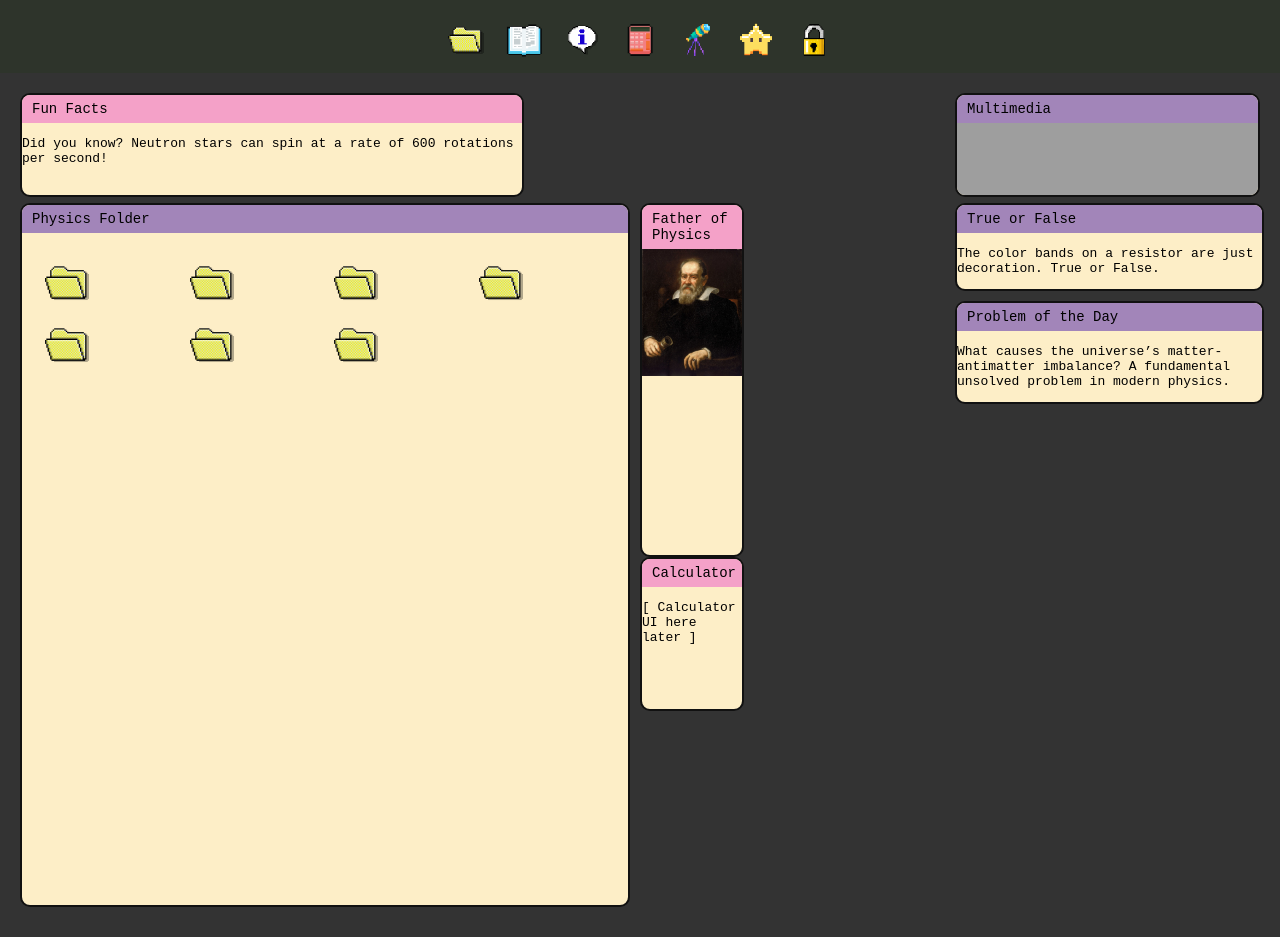
Repository: scarfer14/CCPHYS2L_Project
Page: /dashboard
The author's editor kept a copy of each file at every save. The page is drawn from the files as they stood at one save, then again after the next save.
The browser window is 1280 px wide. The pictures show the whole page.
Pictures or frames that could not be fetched are drawn as grey boxes. The project was rebuilt for these pictures with package versions that can differ from the ones it lists, and the page was loaded fresh each time. Also part of the build but not shown: vite.config.js, src/astartsc/start.jsx, src/lessons/folder1.css, src/lessons/folder1.jsx, src/lessons/book.css, src/lessons/book.jsx, src/lessons/email.css, src/lessons/email.jsx and 2 more.

Above is the page before, as saved 2025-05-29 15:32:15.

### index.html
<!doctype html>
<html lang="en">
  <head>
    <meta charset="UTF-8" />
    <link rel="icon" type="image/svg+xml" href="/gal.png" />
    <meta name="viewport" content="width=device-width, initial-scale=1.0" />
    <title>Physics Blast</title>
  </head>
  <link href="https://fonts.googleapis.com/css2?family=Orbitron:wght@500&family=Press+Start+2P&display=swap" rel="stylesheet">
  <body>
    <div id="root"></div>
    <script type="module" src="/src/main.jsx"></script>
  </body>
</html>

### src/index.css
:root {
  font-family: 'Press Start 2P', monospace;
  background-color: #2e342b;
  margin: 0;
  padding: 0;
  box-sizing: border-box;
}

body, html {
  margin: 0;
  padding: 0;
  width: 100%;
  height: 100%;
}

### src/App.jsx
import React from 'react';
import { BrowserRouter as Router, Routes, Route } from 'react-router-dom';

import Start from './astartsc/start';
import Dash from './bdashsc/dashnavbar';
import Dashbody from './bdashsc/dashbody';

import Folder1 from './lessons/folder1';
import Book from './lessons/book';


function Unlock() {
  return (
    <div>
      <Start />
    </div>
  );
}

function Dashboard() {
  return (
    <div>
      <Dash />
      <Dashbody />
    </div>
  );
}

function Lessons() {
  return (
    <div>
      <Folder1 />
      <Book />
    </div>
  );
}

function App() {
  return (
    <Router>
      <Routes>
        <Route path="/" element={<Unlock />} />
        <Route path="/unlock" element={<Unlock />} />
        <Route path="/dashboard" element={<Dashboard />} />
        <Route path="/folder1" element={<Lessons />} />
      </Routes>
    </Router>
  );
}

export default App;

### src/bdashsc/dashnavbar.jsx
import React, { useState } from 'react';
import { useNavigate } from 'react-router-dom';
import './dashnavbar.css';
import Folder1 from '../lessons/folder1';
import Book from '../lessons/book';
import Email from '../lessons/email';
import Telescope from '../lessons/telescope';


const icons = [
  'folder', 'book', 'email', 'calc', 'cat',
  'star', 'lock'
];


export default function DashNavbar() {
  const navigate = useNavigate();
  const [showFolder1, setShowFolder1] = useState(false);
  const [showBook, setShowBook] = useState(false);
  const [showEmail, setShowEmail] = useState(false);
  const [showTelescope, setShowTelescope] = useState(false);

  const handleIconClick = (icon) => {
    if (icon === 'folder') {
      setShowFolder1(true);
    }
    if (icon === 'book') {
      setShowBook(true);
    }
    if (icon === 'email') {
      setShowEmail(true);
    }
    if (icon === 'cat') {
      setShowTelescope(true);
    }
    else if (icon === 'lock')
    {
        navigate('/unlock');
    }
    else if (icon === 'star')
    {
        window.open('https://phet.colorado.edu/sims/html/circuit-construction-kit-dc/latest/circuit-construction-kit-dc_en.html');
    }


  };

  const handleCloseFolder1 = () => {
    setShowFolder1(false);
  };

  const handleCloseBook = () => {
    setShowBook(false);
  };

  const handleCloseEmail = () => {
    setShowEmail(false);
  };

  const handleCloseTelescope = () => {
    setShowTelescope(false);
  };


  return (
    <>
      <div className="dash-navbar">
        {icons.map((icon, index) => (
          <button
            key={index}
            className="icon-button"
            title={icon}
            onClick={() => handleIconClick(icon)}
          >
            <img src={`/assets/icons/${icon}.png`} alt={icon} />
          </button>
        ))}
      </div>

      {showFolder1 && <Folder1 onClose={handleCloseFolder1} />}
      {showBook && <Book onClose={handleCloseBook} />}
      {showEmail && <Email onClose={handleCloseEmail} />}
      {showTelescope && <Telescope onClose={handleCloseTelescope} />}
    </>
  );
}

### src/bdashsc/dashbody.jsx
import React from 'react';
import './dashbody.css';

export default function DashBody() {
  return (
    <div className="dashboard-content">

      <div className="tab fun-facts">
        <div className="tab-header">Fun Facts</div>
        <p>Did you know? Neutron stars can spin at a rate of 600 rotations per second!</p>
      </div>

      <div className="tab multimedia">
        <div className="tab-header1">Multimedia</div>
        <iframe
          src="https://www.youtube.com/embed/pSHVbLPWA28"
          title="Physics Video"
          allowFullScreen
        ></iframe>
      </div>

      <div className="tab physics-folder">
        <div className="tab-header1">Physics Folder</div>
        <div className="folder-grid">
          <img src="/assets/icons/folder.png" alt="Folder 1" />
          <img src="/assets/icons/folder.png" alt="Folder 2" />
          <img src="/assets/icons/folder.png" alt="Folder 3" />
          <img src="/assets/icons/folder.png" alt="Folder 4" />
          <img src="/assets/icons/folder.png" alt="Folder 5" />
          <img src="/assets/icons/folder.png" alt="Folder 6" />
          <img src="/assets/icons/folder.png" alt="Folder 7" />
        </div>
      </div>

    <div className="middle-stack">
      <div className="tab father">
        <div className="tab-header">Father of Physics</div>
        <img src="/assets/icons/galileogalilei.jpg" alt="Galileo Galilei" />
      </div>

      <div className="tab calculator">
        <div className="tab-header">Calculator</div>
        <p>[ Calculator UI here later ]</p>
      </div>
    </div>

      <div className="right-stack">
        <div className="tab fun-fact-2">
          <div className="tab-header1">True or False</div>
          <p>The color bands on a resistor are just decoration. True or False.</p>
        </div>

        <div className="tab problem">
          <div className="tab-header1">Problem of the Day</div>
          <p>
            What causes the universe’s matter-antimatter imbalance? A fundamental unsolved problem in modern physics.
          </p>
        </div>
      </div>

    </div>
  );
}

### src/astartsc/start.css

@import url('https://fonts.googleapis.com/css2?family=Press+Start+2P&display=swap');

body {
  margin: 0;
  background: #2e342b;
  font-family: 'Press Start 2P', monospace;
}

.screen {
  width: 100vw;
  height: 100vh;
  background-color: #2e342b;
  padding: 40px;
  display: flex;
  flex-direction: column;
  align-items: center;
  justify-content: center;
  box-shadow:
    0 0 60px 20px rgba(0, 0, 0, 0.6),
    inset 0 0 200px rgba(0, 0, 0, 0.9),
    inset 0 0 80px rgba(0, 0, 0, 0.7);
  position: relative;
  text-align: center;
  box-sizing: border-box;
  overflow: hidden;
  border-radius: 12px;
}

.welcome {
  color: #99ff99;
  margin-bottom: 10px;
  font-size: 20px;
  margin-bottom: 25px;
}

.title {
  color: #99ff99;
  font-size: 50px;
  line-height: 1.2;
  margin-bottom: 20px;
}

.unlock-btn {
  font-size: 15px;
  background-color: transparent;
  color: #aaffaa;
  border: 1px solid #aaffaa;
  padding: 6px 12px;
  cursor: pointer;
  margin-top: 100px;
  animation: blink 1s infinite alternate;
  font-family: 'Press Start 2P', monospace;
}

.unlock-btn:hover {
  background-color: #333;
}

@keyframes blink {
  from { opacity: 5; }
  to { opacity: 0.4; }
}

### src/bdashsc/dashnavbar.css
.dash-navbar {
  background-color: #2e342b;
  padding: 6px 10px;
  display: flex;
  justify-content: center;
  gap: 10px;
  align-items: center;
}

.icon-button {
  background: transparent;
  border: transparent;
  padding: 4px;
  cursor: pointer;
  transition: transform 0.1s ease-in-out;
}

.icon-button:hover {
  transform: scale(1.1);
  filter: brightness(1.3);
}

.icon-button img {
  margin-top: 10px;
  width: 40px;
  height: 40px;
  image-rendering: pixelated;
}

.popup-overlay {
  position: fixed;
  top: 0;
  left: 0;
  width: 100%;
  height: 100%;
  background: rgba(0, 0, 0, 0.6);
  display: flex;
  justify-content: center;
  align-items: center;
  z-index: 999;
}

.popup-content {
  background: #fff;
  padding: 20px;
  border-radius: 12px;
  width: 80%;
  max-width: 600px;
  max-height: 90vh;
  overflow-y: auto;
  position: relative;
}

.close-btn {
  position: absolute;
  top: 10px;
  right: 14px;
  background: transparent;
  border: none;
  font-size: 24px;
  cursor: pointer;
}

### src/bdashsc/dashbody.css
.dashboard-content {
  display: grid;
  grid-template-columns: 2fr 1fr 1fr;
  grid-template-rows: 100px auto auto; /* <-- added 3rd row */
  gap: 10px;
  padding: 20px;
  background-color: #333;
  grid-template-areas:
    "fun-facts fun-facts multimedia"
    "physics-folder father right-stack"
    ". calculator ."; /* place calculator below father */
}


/* General Tab Styling */
.tab {
  background-color: #fdeec7;
  border: 2px solid #111;
  color: #000000;
  font-family: monospace;
  overflow: hidden;
  border-radius: 10px;
  display: flex;
  flex-direction: column;
}

.tab-header,
.tab-header1 {
  padding: 6px 10px;
  font-size: 14px;
  text-align: left;
}

.tab-header {
  background-color: #f4a1c8;
}

.tab-header1 {
  background-color: #a285b9;
}

/* Grid Area Assignments */
.fun-facts      { grid-area: fun-facts; height: 100px; width: 500px; }
.multimedia     { grid-area: multimedia; height: 100px; }
.physics-folder { grid-area: physics-folder; min-height: 700px; min-width: 500px; }
.father         { grid-area: father; height: 350px; width: 100px}

/* Right Column Stack */
.right-stack {
  grid-area: right-stack;
  display: flex;
  flex-direction: column;
  gap: 10px;
}

/* Clear old positioning from individually stacked tabs */
.fun-fact-2,
.problem,
.calculator {
  height: auto;
  width: 100%;
}

/* Folders Section */
.physics-folder .folder-grid {
  display: grid;
  grid-template-columns: repeat(4, 1fr);
  margin-top: 5px;
  gap: 12px;
  padding: 20px;
}

.folder-grid img {
  width: 50px;
  height: 50px;
  image-rendering: pixelated;
}

/* Multimedia section (YouTube) */
.multimedia iframe {
  width: 100%;
  height: 100%;
  border: none;
}

.calculator {
  grid-column: 2; /* below father */
  grid-row: 3;    /* new row below father and right-stack */
  width: 100px;
  min-height: 150px;
}

/* Optional: Calculator or image specific tweaks */
.calculator img {
  width: 100%;
  height: auto;
}

.problem {
  width: 100%;
  height: auto;
}

Loaded but not shown: src/main.jsx (common file)

After the next save:
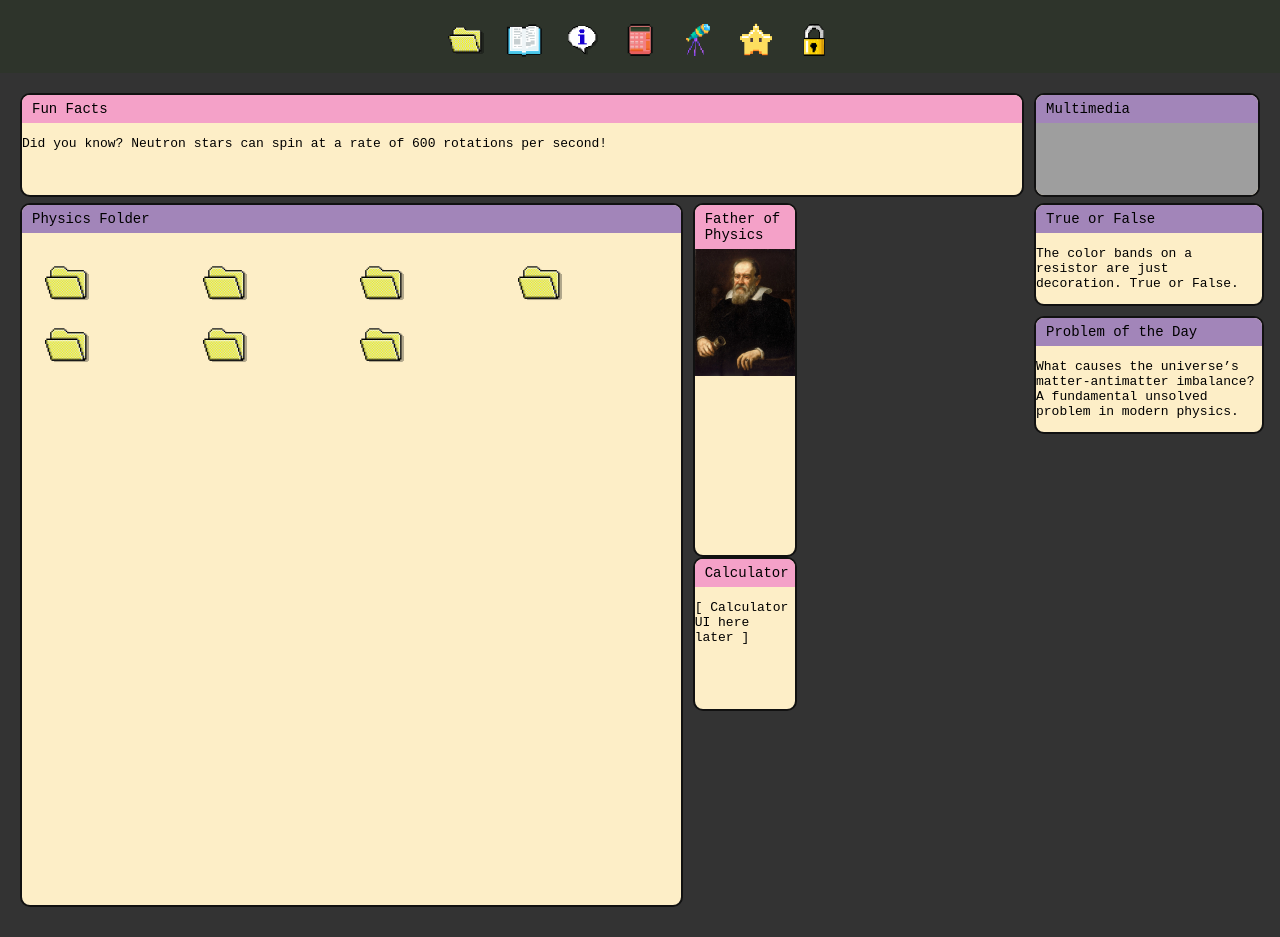
Saved 6 s later.
--- a/src/bdashsc/dashbody.css
+++ b/src/bdashsc/dashbody.css
@@ -40,7 +40,7 @@
 }
 
 /* Grid Area Assignments */
-.fun-facts      { grid-area: fun-facts; height: 100px; width: 500px; }
+.fun-facts      { grid-area: fun-facts; height: 100px; width: 1000px; }
 .multimedia     { grid-area: multimedia; height: 100px; }
 .physics-folder { grid-area: physics-folder; min-height: 700px; min-width: 500px; }
 .father         { grid-area: father; height: 350px; width: 100px}
